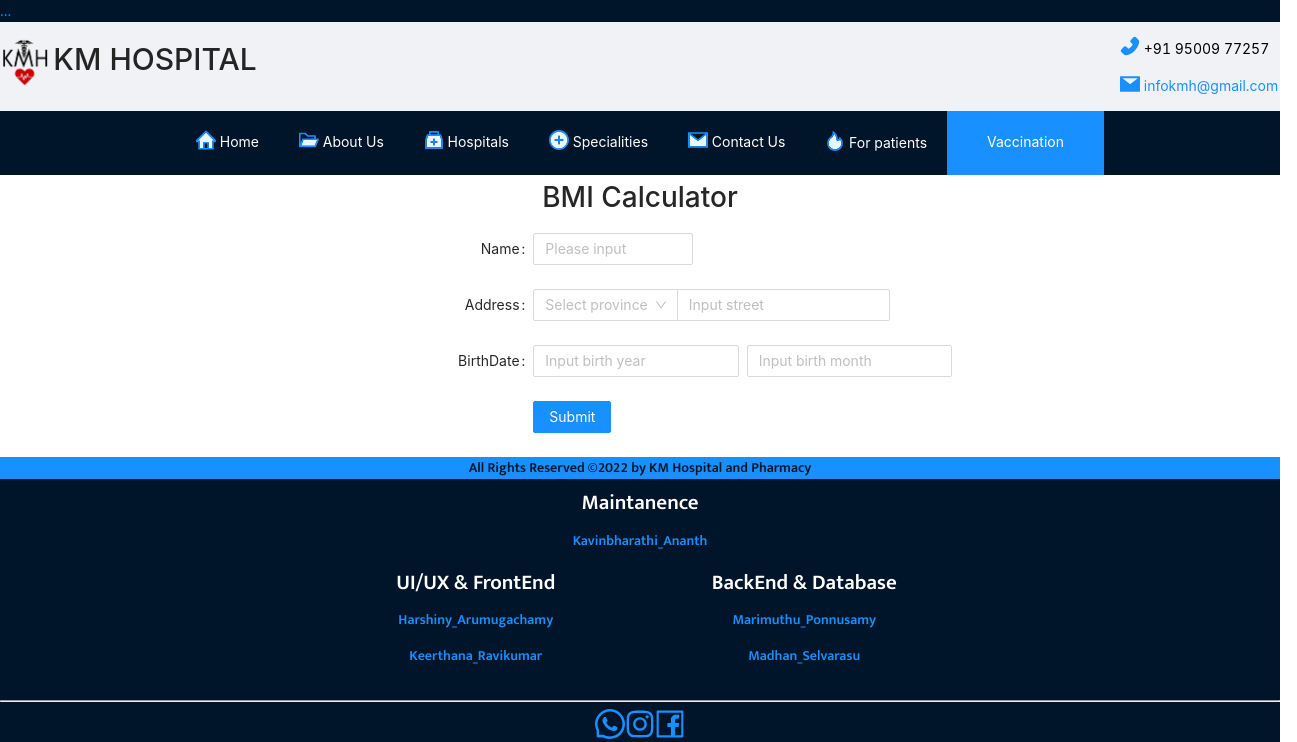
Repository: marimuthu1001/KHM-hospital
Page: /bmicalculator (app in km-hospital/)
An editor plug-in stored every save of this project. The page is shown before and after the next save, followed by the edit.
The browser window is 1280 px wide. The page is 1297 px wide, so the pictures cover 1297 px, including what lies to the right of the window. The pictures show the whole page.
The project was rebuilt for these pictures with package versions that can differ from the ones it lists, and the page was loaded fresh each time. Also part of the build but not shown: km-hospital/src/Styles/ContactUs.module.css, km-hospital/src/Pages/ContactUs.jsx, km-hospital/src/Pages/AboutUS.jsx, km-hospital/src/Styles/Specialities.module.css, km-hospital/src/firebase.js, km-hospital/src/Pages/Specialities.jsx, km-hospital/src/Pages/Feedback.jsx.

Above is the page before, as saved 2022-01-25 14:17:19.

### km-hospital/public/index.html
<!DOCTYPE html>
<html lang="en">
  <head>
    <meta charset="utf-8" />
    <link rel="icon" href="%PUBLIC_URL%/favicon.ico" />
    <meta name="viewport" content="width=device-width, initial-scale=1" />
    <meta name="theme-color" content="#000000" />
    <meta
      name="description"
      content="Web site created using create-react-app"
    />
    <link rel="apple-touch-icon" href="%PUBLIC_URL%/logo192.png" />
    <!--
      manifest.json provides metadata used when your web app is installed on a
      user's mobile device or desktop. See https://developers.google.com/web/fundamentals/web-app-manifest/
    -->
    <link rel="manifest" href="%PUBLIC_URL%/manifest.json" />
    <!--
      Notice the use of %PUBLIC_URL% in the tags above.
      It will be replaced with the URL of the `public` folder during the build.
      Only files inside the `public` folder can be referenced from the HTML.

      Unlike "/favicon.ico" or "favicon.ico", "%PUBLIC_URL%/favicon.ico" will
      work correctly both with client-side routing and a non-root public URL.
      Learn how to configure a non-root public URL by running `npm run build`.
    -->
    <title>KM HOSPITAL | HOME</title>
  </head>
  <body>
    <noscript>You need to enable JavaScript to run this app.</noscript>
    <div id="root"></div>
    <!--
      This HTML file is a template.
      If you open it directly in the browser, you will see an empty page.

      You can add webfonts, meta tags, or analytics to this file.
      The build step will place the bundled scripts into the <body> tag.

      To begin the development, run `npm start` or `yarn start`.
      To create a production bundle, use `npm run build` or `yarn build`.
    -->
  </body>
</html>

### km-hospital/src/index.js
import React from 'react';
import ReactDOM from 'react-dom';
import 'antd/dist/antd.min.css'
import './index.css'
import App from './App';


ReactDOM.render(
  <React.StrictMode>
    <App />
  </React.StrictMode>,
  document.getElementById('root')
);

### km-hospital/src/index.css
@import '~antd/dist/antd.css';

.ant-menu:not(.ant-menu-horizontal) .ant-menu-item-selected {
	background: transparent;
}

.ant-menu{
    background: red;
    }

### km-hospital/src/App.js
import Nav from  './components/Nav'
import Footer from './components/Footer'
import ContactUs from './Pages/ContactUs'
import AboutUs from './Pages/AboutUS'
import Specialities from './Pages/Specialities'
import BmiCalculator from './Pages/For Patients/Bmi_Calculator'
import {BrowserRouter as Router, Route,Routes} from 'react-router-dom'

import Feedback from './Pages/Feedback'

function App() {
  return (
    <Router>
        <div className="App">
          <Nav/>
          <Routes>
            <Route exact path="/contactus" element={<ContactUs/>}/>
            <Route exact path="/aboutus" element={<AboutUs/>}/>
            <Route exact path="/specialities" element={<Specialities/>}/>
            <Route exact path="/bmicalculator" element={<BmiCalculator/>}/>
            <Route exact path="/feedback" element={<Feedback/>}/>
          </Routes>

          <Footer/>
        </div>
    </Router>

  );
}

export default App;

### km-hospital/src/components/Nav.jsx
import React from 'react'

import Styles from '../Styles/Nav.module.css'
import { Layout, Menu, Dropdown,Row,Col } from 'antd';
import Logo from '../Images/Logo.png'

import {HomeTwoTone,
    FolderOpenTwoTone,
    MedicineBoxTwoTone,
    PlusCircleTwoTone,
    FireTwoTone ,
    MailTwoTone,
    PhoneFilled,
    MailFilled,

    } from '@ant-design/icons'

function Nav() {
  const menu = (
    <Menu>

            <Menu.Item key="1">Covid Dose</Menu.Item>
            <Menu.Item key="2">Covid Booster</Menu.Item>
            <Menu.Item key="3">Polio Vaccine</Menu.Item>
            <Menu.Item key="4">Chicken pox Vaccine</Menu.Item>
      </Menu>
  )
const patients = (
  <Menu>
          <Menu.Item key="1">Health Checkup Package</Menu.Item>
          <Menu.Item key="2">Medicines</Menu.Item>
          <Menu.Item key="3">Symptoms</Menu.Item>
          <Menu.Item key="4">Procedurs</Menu.Item>
          <a href="bmicalculator"><Menu.Item key="5">BMI Calculator</Menu.Item></a>

    </Menu>

  )

  const { Header} = Layout;
    return (

      <Layout>
        <p className={Styles.line}>...</p>
        <div className={Styles.head} >
            <Row gutters={[16,16]}>
              <Col md={{span:2}} lg={{span:1}}>
              <div className="logo">
              <img src={Logo} alt="Logo" widht={50} height={50}/>
            </div>
              </Col>
              <Col md={{span:6}} lg={{span:4}}>
              <h1>KM HOSPITAL</h1>
              </Col>
              <Col md={{span:8}} lg={{span:16}}></Col>
              <Col md={{span:5}} lg={{span:3}}>
              <div className={Styles.contactHead}>
                <p style={{color:'black'}}><PhoneFilled  style= {{ fontSize: '20px',color: '#1890ff'  }} />&nbsp;+91 95009 77257</p>
                <p><a href="mailto:infokmh@gmail.com"><MailFilled style= {{ fontSize: '20px',color: '#1890ff'  }} />&nbsp;infokmh@gmail.com</a></p>
               </div>
              </Col>
            </Row>
        </div>



      <Header className="header">
      <div className="menubar">
        <Menu style={{
            position: 'relative',
            display: 'flex',
            justifyContent: 'center',

        }} theme="dark" mode="horizontal" defaultSelectedKeys={['1']}>
     <a href="/">
          <Menu.Item key="7"><HomeTwoTone style={{fontSize:20}}/>&nbsp;Home</Menu.Item>
     </a>
     <a href="/aboutus">
          <Menu.Item key="2"><FolderOpenTwoTone style={{fontSize:20}}/>&nbsp;About Us</Menu.Item>
     </a>
     <a href="/">
          <Menu.Item key="3"><MedicineBoxTwoTone style={{fontSize:20}}/>&nbsp;Hospitals</Menu.Item>
     </a>
     <a href="/specialities">
          <Menu.Item key="4"><PlusCircleTwoTone style={{fontSize:20}}/>&nbsp;Specialities</Menu.Item>
     </a>
     <a href="/contactus">
          <Menu.Item  key="6"> <MailTwoTone style={{fontSize:20}}/>&nbsp;Contact Us</Menu.Item>
     </a>
          <Dropdown  overlay={patients} placement="topCenter">
              <Menu.Item key="5"><FireTwoTone style={{fontSize:20}}/>&nbsp;For patients</Menu.Item>
          </Dropdown>

          <Menu.Item key="1">
          <Dropdown  overlay={menu} placement="topCenter">
                    <Menu.Item>Vaccination</Menu.Item>
          </Dropdown>
          </Menu.Item>


        </Menu>  </div>
      </Header>


        </Layout>


    )
}

export default Nav

### km-hospital/src/components/Footer.jsx
import React from 'react'
import Styles from '../Styles/Footer.module.css'
import { Row, Col } from 'antd';
import {WhatsAppOutlined,
    InstagramOutlined,
    FacebookOutlined} from '@ant-design/icons'
function Footer() {
    return (
        <div  >
            <div className={Styles.footer}>


                <div className={Styles.footerContent}>
                    <div sm={1}  md={6} lg={8}  className={Styles.footerTitle}>
                        <h4>All Rights Reserved &copy;2022 by KM Hospital and Pharmacy</h4>
                    </div>


                <div className={Styles.maintain}>
                    <h2>Maintanence</h2>
                    <p>Kavinbharathi_Ananth</p>
                </div>

                <Row className={Styles.design} gutter={[34, 18]}>
                <Col xs={24} md={6}/>
                    <Col xs={24} md={6}>
                        <div>
                            <h2 className={Styles.headDecoration}>UI/UX & FrontEnd</h2>
                            <div className={Styles.decoration}>
                                <p>Harshiny_Arumugachamy</p>
                                <p>Keerthana_Ravikumar</p>
                            </div>
                        </div>
                    </Col>
                    <Col xs={24} md={6}>
                        <div>
                        <h2 className={Styles.headDecoration}>BackEnd & Database</h2>
                            <div className={Styles.decoration}>
                                <p>Marimuthu_Ponnusamy</p>
                                <p>Madhan_Selvarasu</p>
                            </div>
                        </div>
                    </Col>
                    <Col xs={24} md={6}/>
                        <Col sm={{ span: 5, offset: 0 }} md={{ span: 5, offset: 0 }} lg={{ span: 6, offset:0  }}> </Col>
                </Row>


<hr/>


                <Row  className={Styles.social}>
                    <Col sm={{span:2}} md={{span:8}} lg={{span:8}}><WhatsAppOutlined style={{fontSize: '30px' }} /></Col>
                    <Col sm={{span:2}} md={{span:8}} lg={{span:8}}><InstagramOutlined style={{fontSize: '30px' }} /></Col>
                    <Col sm={{span:2}} md={{span:8}} lg={{span:8}}><FacebookOutlined style={{fontSize: '30px' }} /></Col>
                </Row>
            </div>
        </div>
        </div>
    )
}

export default Footer

### km-hospital/src/Pages/For Patients/Bmi_Calculator.jsx
import React from 'react'
import { Helmet,HelmetProvider } from 'react-helmet-async';
import { Form, Input, Select, Tooltip, Button, Space, Typography } from 'antd';


function Bmi_Calculator() {
        const { Option } = Select;
        const onFinish = values => {
        console.log('Received values of form: ', values);
  };
    return (

        <div>

             <HelmetProvider>
                    <Helmet>
                        <title>KM Hospital | BMI Calculator</title>
                    </Helmet>
             </HelmetProvider>

             <div >
                <h1 style={{textAlign: 'center'}}>BMI Calculator</h1>
            </div>



            <Form name="complex-form" onFinish={onFinish} labelCol={{ span: 10 }} wrapperCol={{ span: 8 }}>
                <Form.Item label="Name">
                    <Space>
                    <Form.Item
                        name="username"
                        noStyle
                        rules={[{ required: true, message: 'Username is required' }]}
                    >
                        <Input style={{ width: 160 }} placeholder="Please input" />
                    </Form.Item>
                    </Space>
                </Form.Item>
                <Form.Item label="Address">
                    <Input.Group compact>
                    <Form.Item
                        name={['address', 'province']}
                        noStyle
                        rules={[{ required: true, message: 'Province is required' }]}
                    >
                        <Select placeholder="Select province">
                        <Option value="Zhejiang">Zhejiang</Option>
                        <Option value="Jiangsu">Jiangsu</Option>
                        </Select>
                    </Form.Item>
                    <Form.Item
                        name={['address', 'street']}
                        noStyle
                        rules={[{ required: true, message: 'Street is required' }]}
                    >
                        <Input style={{ width: '50%' }} placeholder="Input street" />
                    </Form.Item>
                    </Input.Group>
                </Form.Item>
                <Form.Item label="BirthDate" style={{ marginBottom: 0 }}>
                    <Form.Item
                    name="year"
                    rules={[{ required: true }]}
                    style={{ display: 'inline-block', width: 'calc(50% - 8px)' }}
                    >
                    <Input placeholder="Input birth year" />
                    </Form.Item>
                    <Form.Item
                    name="month"
                    rules={[{ required: true }]}
                    style={{ display: 'inline-block', width: 'calc(50% - 8px)', margin: '0 8px' }}
                    >
                    <Input placeholder="Input birth month" />
                    </Form.Item>
                </Form.Item>
                <Form.Item label=" " colon={false}>
                    <Button type="primary" htmlType="submit">
                    Submit
                    </Button>
                </Form.Item>
                </Form>

        </div>
    )
}

export default Bmi_Calculator

### km-hospital/src/Styles/Nav.module.css
*{
    margin-top:0px;
}
.line{
    background-color:#001529;
    color:#1890ff;
}
.head h1{
    font-size: 30px;
}
.menubar .Menu.item{
    margin-left:20%;
}
a{
    text-decoration: none;
}
a:hover{
    background-color:#1890ff;
}

### km-hospital/src/Styles/Footer.module.css
@import url('https://fonts.googleapis.com/css2?family=Mukta:wght@600&display=swap');
.footer{
    background-color:#001529;
    font-family: 'Mukta', sans-serif;
    color:#1890ff;
    position:relative;
    text-align:center
}
.footer h2{
    color:#ffffff
}
.footer .footerTitle{
    color:rgb(255, 255, 255);
    background-color:#1890ff
}
.footer .social{
    text-align:center;
    display:inline-flex;
}
.social li{
    list-style-type: none;
}
.decoration{
    list-style-type:none;
    text-align:center
}
.headDecoration{
    text-align:center
}

After the next save:
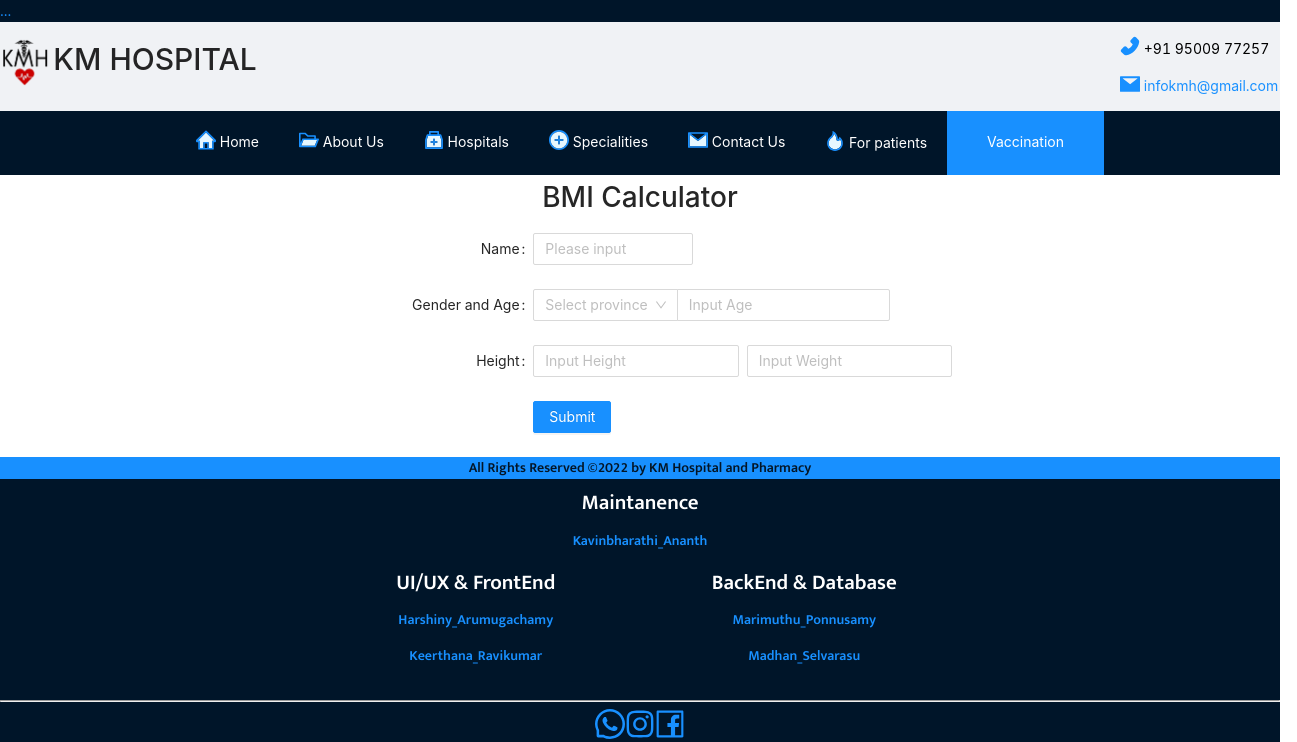
Saved 116 s later.
--- a/km-hospital/src/Pages/For Patients/Bmi_Calculator.jsx
+++ b/km-hospital/src/Pages/For Patients/Bmi_Calculator.jsx
@@ -36,41 +36,41 @@ function Bmi_Calculator() {
                     </Form.Item>
                     </Space>
                 </Form.Item>
-                <Form.Item label="Address">
+                <Form.Item label="Gender and Age">
                     <Input.Group compact>
                     <Form.Item
-                        name={['address', 'province']}
+                        name={['Male', 'Female']}
                         noStyle
-                        rules={[{ required: true, message: 'Province is required' }]}
+                        rules={[{ required: true, message: 'Gender is required' }]}
                     >
                         <Select placeholder="Select province">
-                        <Option value="Zhejiang">Zhejiang</Option>
-                        <Option value="Jiangsu">Jiangsu</Option>
+                        <Option value="Male">Male</Option>
+                        <Option value="Female">Female</Option>
                         </Select>
                     </Form.Item>
                     <Form.Item
-                        name={['address', 'street']}
+                        name={'age'}
                         noStyle
                         rules={[{ required: true, message: 'Street is required' }]}
                     >
-                        <Input style={{ width: '50%' }} placeholder="Input street" />
+                        <Input style={{ width: '50%' }} placeholder="Input Age" />
                     </Form.Item>
                     </Input.Group>
                 </Form.Item>
-                <Form.Item label="BirthDate" style={{ marginBottom: 0 }}>
+                <Form.Item label="Height" style={{ marginBottom: 0 }}>
                     <Form.Item
-                    name="year"
+                    name="height"
                     rules={[{ required: true }]}
                     style={{ display: 'inline-block', width: 'calc(50% - 8px)' }}
                     >
-                    <Input placeholder="Input birth year" />
+                    <Input placeholder="Input Height" />
                     </Form.Item>
                     <Form.Item
-                    name="month"
+                    name="Weight"
                     rules={[{ required: true }]}
                     style={{ display: 'inline-block', width: 'calc(50% - 8px)', margin: '0 8px' }}
                     >
-                    <Input placeholder="Input birth month" />
+                    <Input placeholder="Input Weight" />
                     </Form.Item>
                 </Form.Item>
                 <Form.Item label=" " colon={false}>
